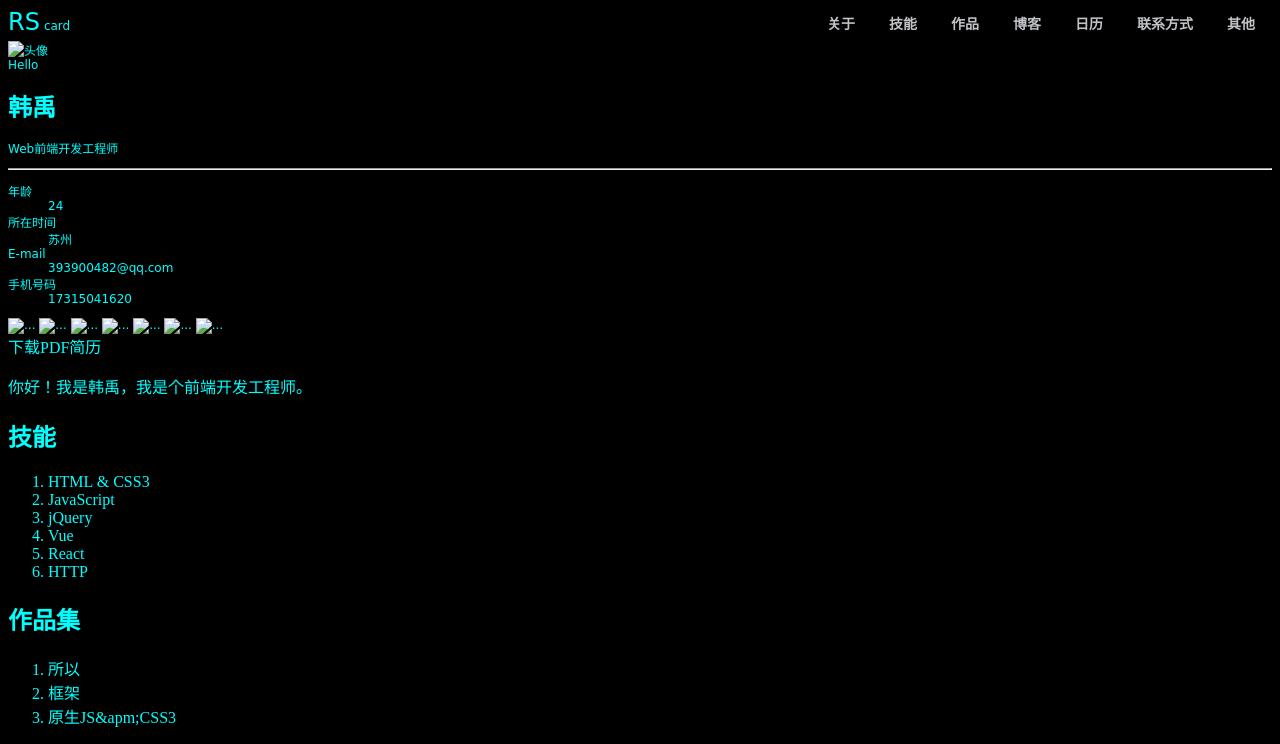
Repository: yorkHan/resume
Page: index.html
The author's editor kept a copy of each file at every save. The page is drawn from the files as they stood at one save, then again after a run of saves.
The browser window is 1280 px wide. The pictures show the whole page.

Above is the page before, as saved 2018-04-09 14:34:13.

After the next 2 saves:
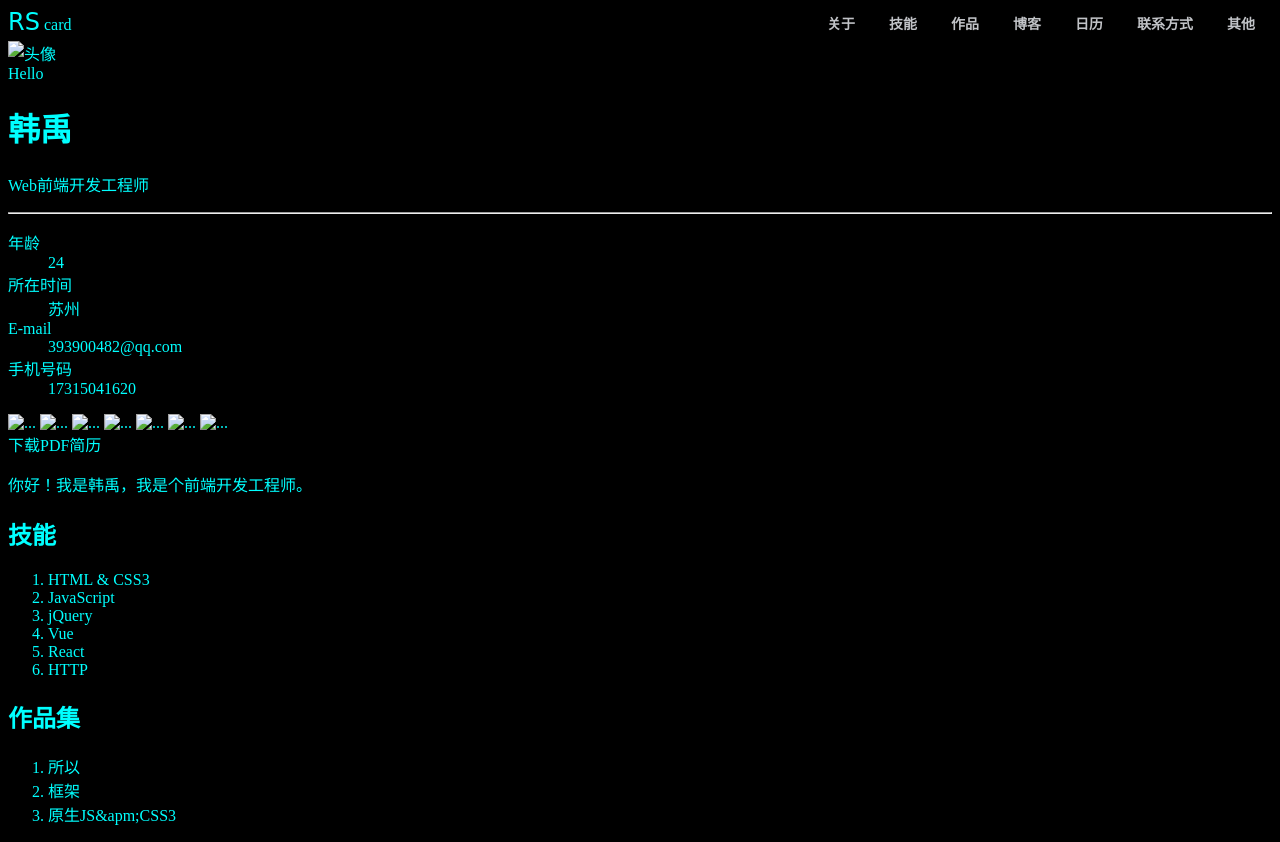
The 2 saves are shown as one change because they came seconds apart.
The last was saved 90 s later.
--- a/1.css
+++ b/1.css
@@ -38,7 +38,7 @@ a{
     font-size: 24px;
     font-family: "DejaVu Sans";
 }
-.card{
+.logo>.card{
     font-size: 12px;
     font-family: "DejaVu Sans";
 }
